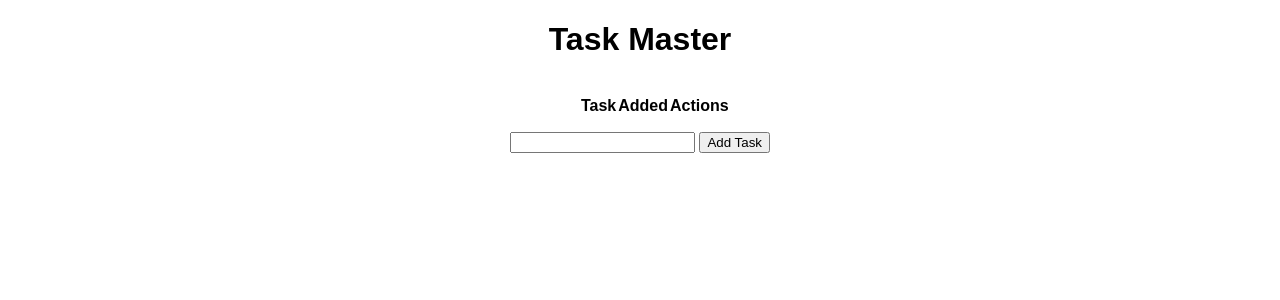
Repository: AnkurDevv/PythonFlask-TaskMaster
Page: http://localhost/
An editor plug-in stored every save of this project. The page is shown before and after the next save, followed by the edit.
The browser window is 1280 px wide. The pictures show the whole page.
The page is served by the project's application, run on Flask 3 (app.py). Queries for data that is not in the repository find no rows.

Above is the page before, as saved 2020-02-24 16:36:48.

### templates/index.html
{% extends 'base.html' %}

{% block head %}
<title>Task Master</title>
{% endblock %}

{% block body %}
<div class="content" style="text-align: center">
  <h1>Task Master</h1>

  <table style="margin:0 auto;">
    <tr>
      <th>Task</th>
      <th>Added</th>
      <th>Actions</th>
    </tr>
    {% for task in tasks %}
    <tr>
      <td>{{task.content}}</td>
      <td>{{task.date_created.date()}}</td>
      <td>
        <a href="">Delete</a>
        <br>
        <a href="">Update</a>
      </td>
    </tr>
    {% endfor %}
  </table>

  <form action="/" method="POST">
    <input type="text" name="content" id="content">
    <input type="submit" value="Add Task">
  </form>

</div>
{% endblock %}

### templates/base.html
<!DOCTYPE html>
<html lang="en">

<head>
  <meta charset="UTF-8">
  <meta name="viewport" content="width=device-width, initial-scale=1.0">
  <meta http-equiv="X-UA-Compatible" content="ie=edge">
  <link rel="stylesheet" href="{{ url_for('static',filename='css/main.css') }}">
  {% block head %}{% endblock %}
</head>

<body>
  {% block body %}

  {% endblock %}
</body>

</html>

### app.py
from flask import Flask, render_template, url_for, request, redirect
from flask_sqlalchemy import SQLAlchemy
from datetime import datetime

app = Flask(__name__)
app.config['SQLALCHEMY_DATABASE_URI'] = 'sqlite:///test.db'
db = SQLAlchemy(app)


class Todo(db.Model):
    id = db.Column(db.Integer, primary_key=True)
    content = db.Column(db.String(200), nullable=False)
    date_created = db.Column(db.DateTime, default=datetime.utcnow)

    def __repr__(self):
        return '<Task %r>' % self.id

# Notice how you define route in python
@app.route('/', methods=['POST', 'GET'])
def index():
    if request.method == 'POST':
        task_content = request.form['content']
        new_task = Todo(content=task_content)

        try:
            db.session.add(new_task)
            db.session.commit()
            return redirect('/')
        except:
            return "THERE WAS AN ISSUE ADDING YOUR TASK"

    else:
        tasks = Todo.query.order_by(Todo.date_created).all()
        return render_template('index.html', tasks=tasks)


# MAIN PROGRAM START
if __name__ == "__main__":
    app.run(debug=True)

### static/css/main.css
body{
  font-family: sans-serif;
  text-align: center;
}

.content{
  text-align: center;
}

th{
  padding: 10%;
}

After the next save:
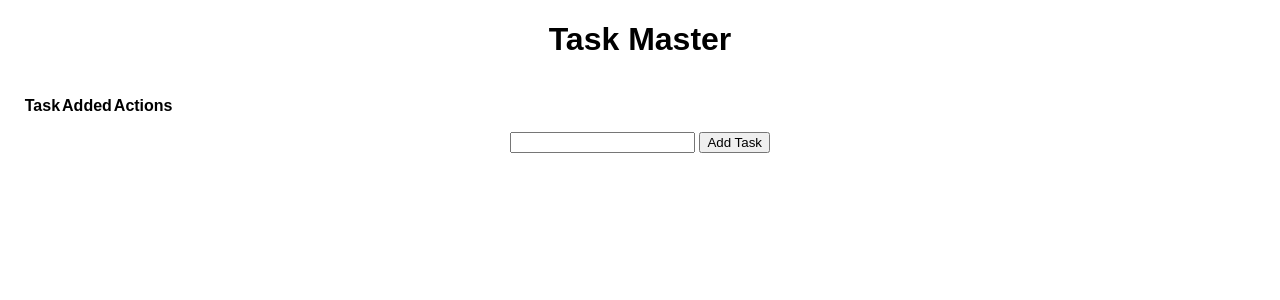
Saved 35 s later.
--- a/templates/index.html
+++ b/templates/index.html
@@ -5,10 +5,10 @@
 {% endblock %}
 
 {% block body %}
-<div class="content" style="text-align: center">
+<div class="content">
   <h1>Task Master</h1>
 
-  <table style="margin:0 auto;">
+  <table>
     <tr>
       <th>Task</th>
       <th>Added</th>
